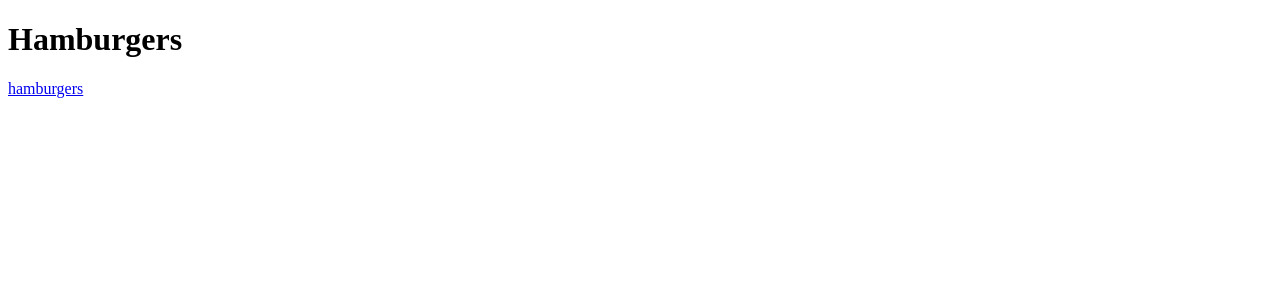
Repository: Spencertainty/practice-time
Page: member-spencer-odin-recipes/hamburgers.html
The author's editor kept a copy of each file at every save. The page is drawn from the files as they stood at one save, then again after the next save.
The browser window is 1280 px wide. The pictures show the whole page.

Above is the page before, as saved 2023-11-01 18:36:36.

After the next save:
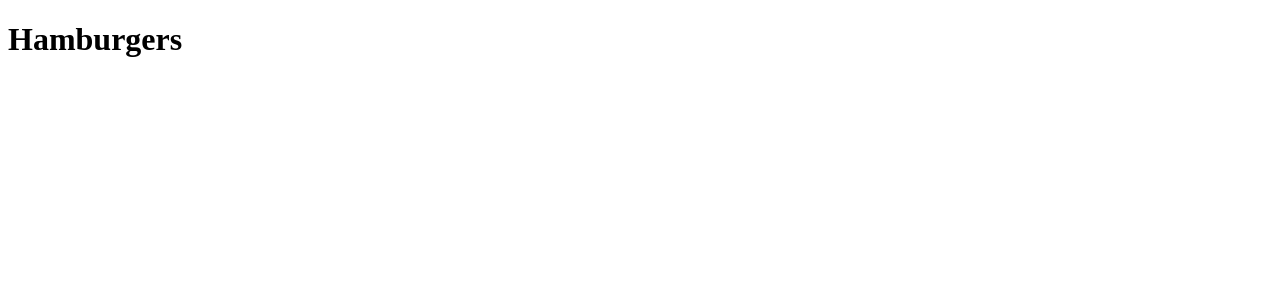
Saved 33 s later.
--- a/member-spencer-odin-recipes/hamburgers.html
+++ b/member-spencer-odin-recipes/hamburgers.html
@@ -18,7 +18,7 @@
             <p class="browsehappy">You are using an <strong>outdated</strong> browser. Please <a href="#">upgrade your browser</a> to improve your experience.</p>
         <![endif]-->
         <h1><b>Hamburgers</b></h1>
-        <a href="https://www.foodnetwork.com/recipes/bobby-flay/perfect-burger-recipe-1957542">hamburgers</a>
+        <a href="https://www.foodnetwork.com/recipes/bobby-flay/perfect-burger-recipe-1957542"a>
         <script src="" async defer></script>
     </body>
 </html>
